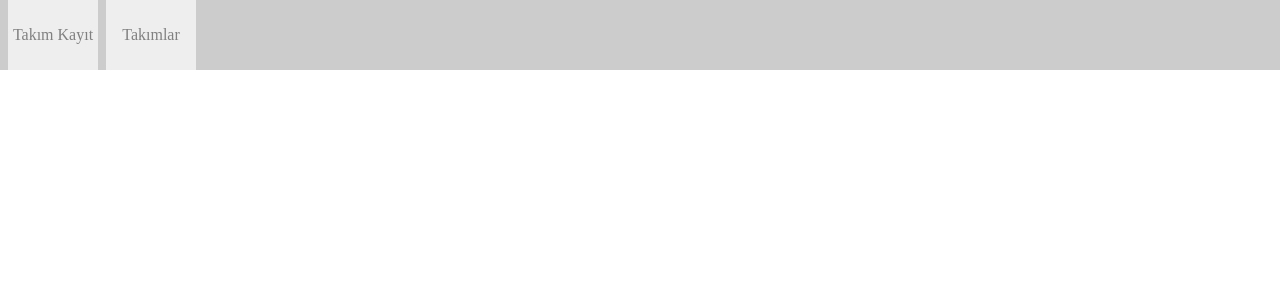
Repository: oktembaris77/internet_final
Page: http://localhost/internetfinal/
An editor plug-in stored every save of this project. The page is shown before and after the next save, followed by the edit.
The browser window is 1280 px wide. The pictures show the whole page.
The page is served by Tomcat 9.

Above is the page before, as saved 2020-05-11 19:26:18.

After the next save:
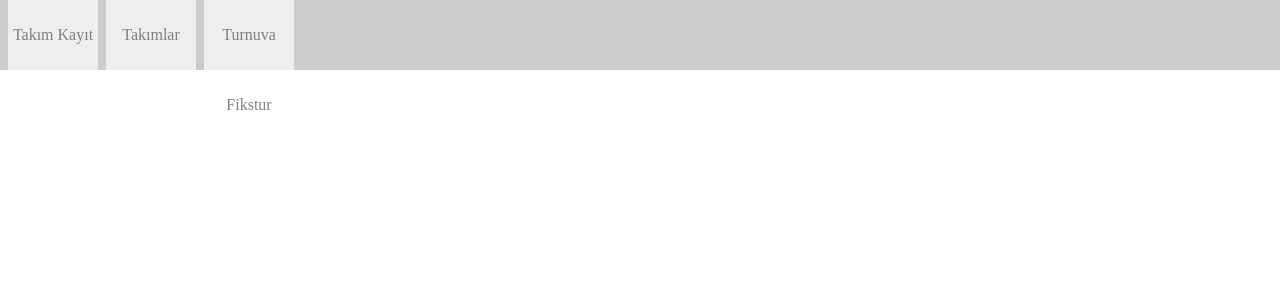
Saved 25 s later.
--- a/internetfinal/WebContent/index.jsp
+++ b/internetfinal/WebContent/index.jsp
@@ -51,6 +51,9 @@ color:gray;
 		<div id="sayfabtn">
 			<a href = "google.com">Takımlar</a>
 		</div>
+		<div id="sayfabtn">
+			<a href = "google.com">Turnuva Fikstur</a>
+		</div>
 
 
 	</div>
